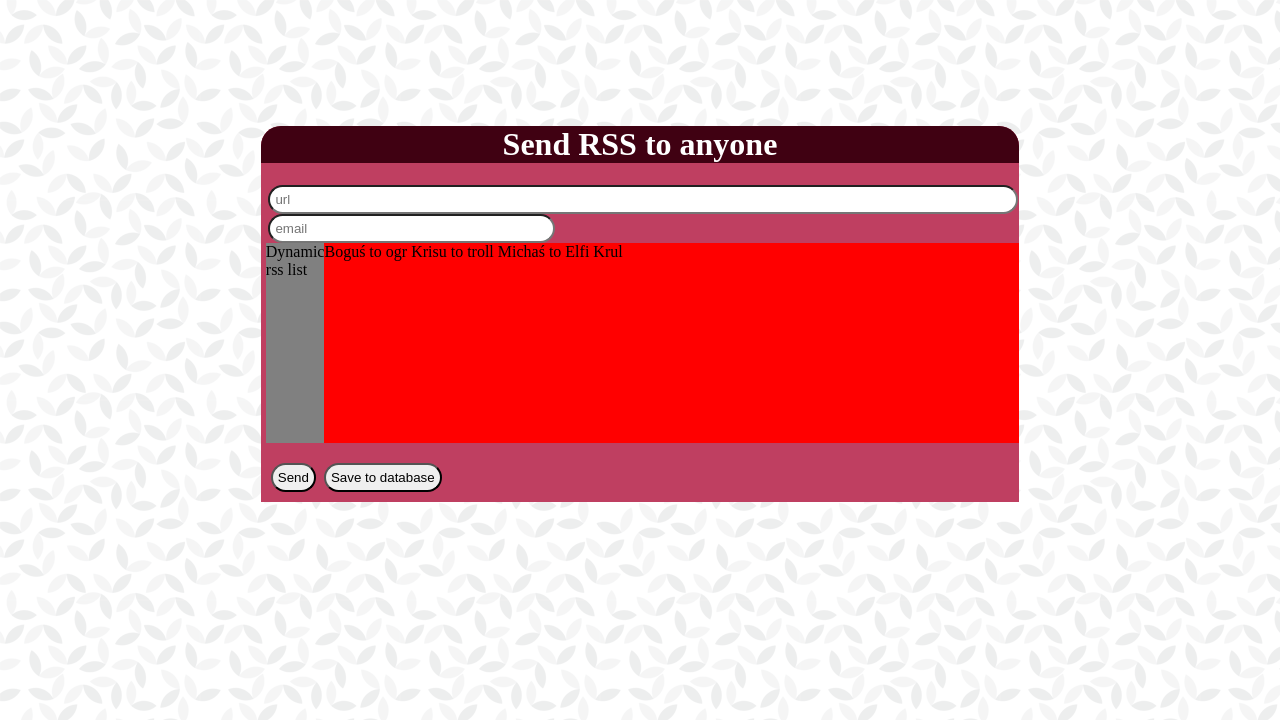
Repository: michalski9wsb/rss_final
Page: index.html
These files come from the project's save history. The page is drawn as it stood at one moment and after the next save; the edit follows.
The browser window is 1280 px wide. The pictures show the whole page.
Some web fonts or font styles are not loaded; a fallback is used.

Above is the page before, as saved 2020-03-08 10:32:35.

After the next save:
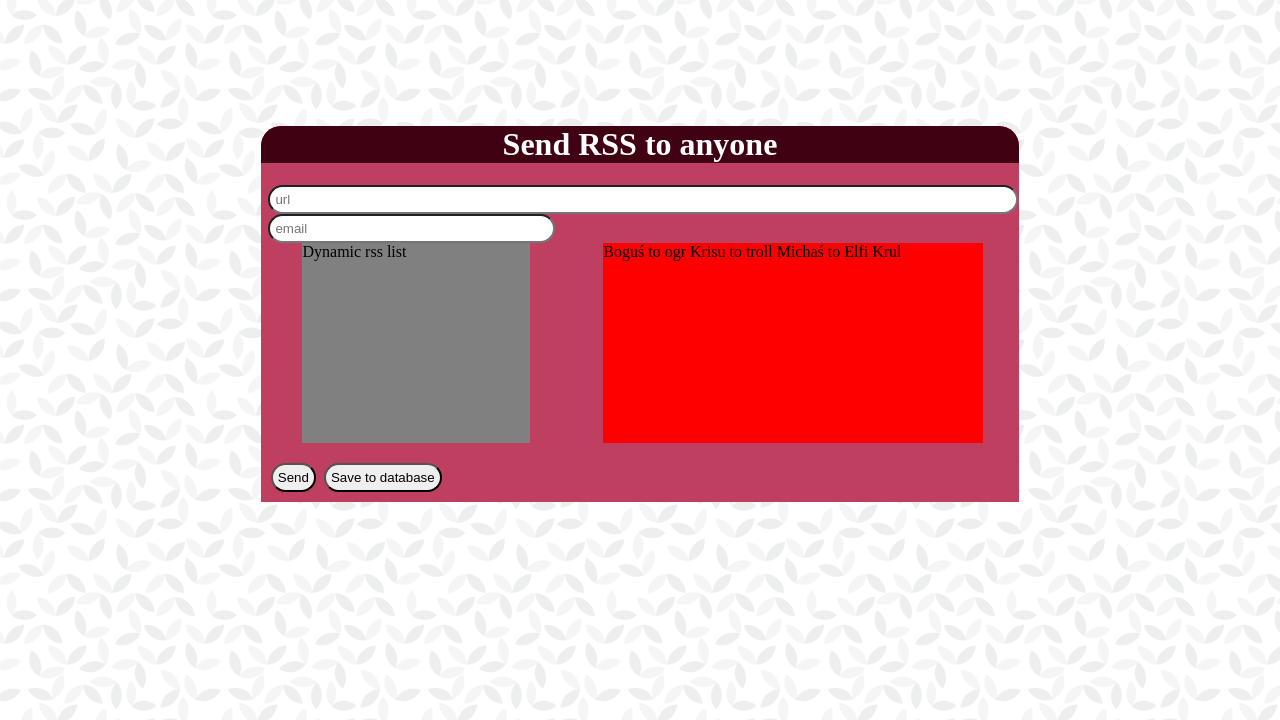
Saved 11 s later.
--- a/style.css
+++ b/style.css
@@ -44,7 +44,7 @@ button{
 .sendlist{
     background-color: red;
     height: 200px;
-    width: 500%;
+    width: 50%;
 }
 
 input#email{
